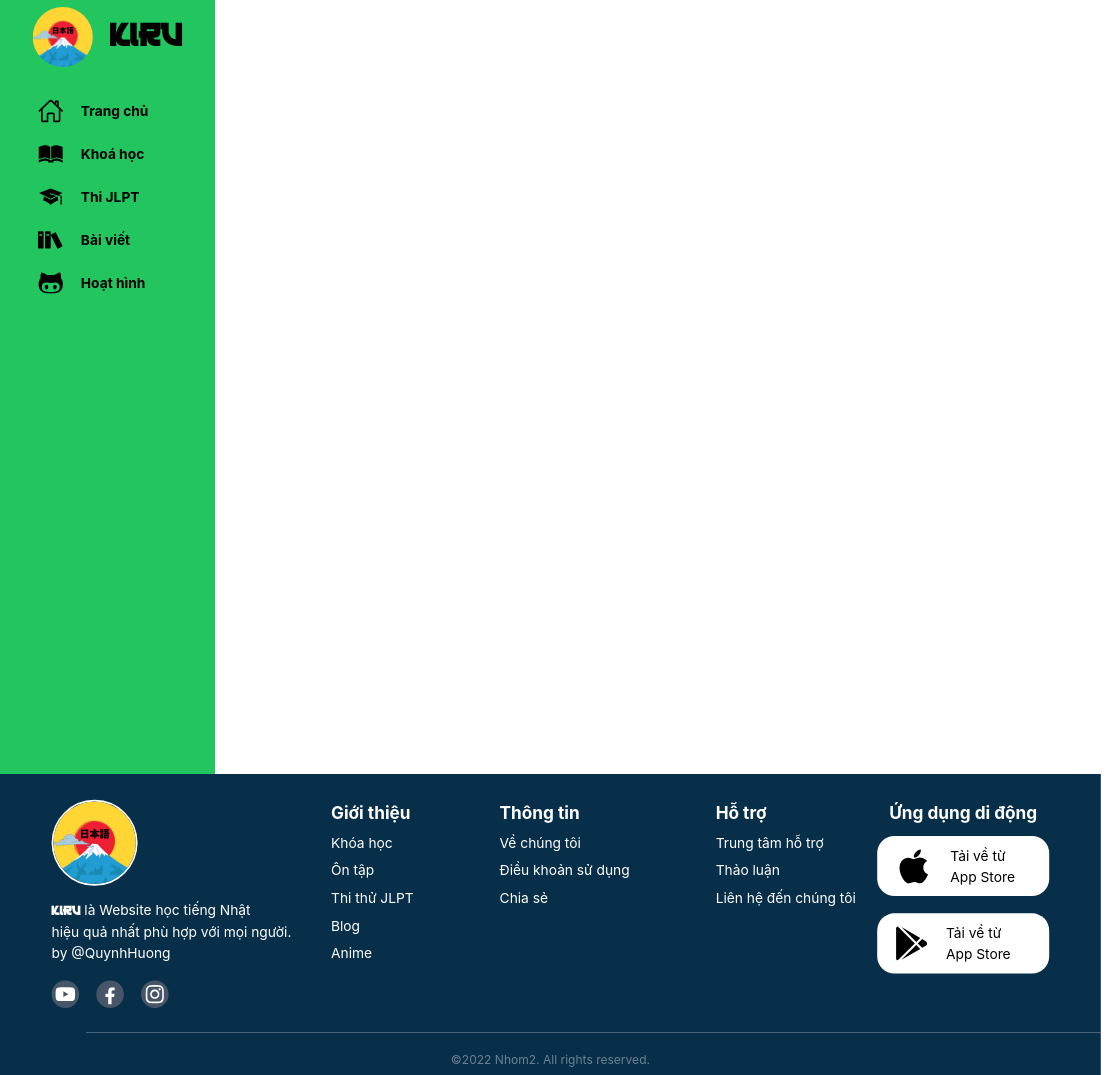
Repository: Quynhhuong150322/Kiru_Website-hoc-tieng-Nhat
Page: /TrangChu
These files come from the project's save history. The page is drawn as it stood at one moment and after the next save; the edit follows.
The browser window is 1280 px wide. The page is 1300 px wide, so the pictures cover 1300 px, including what lies to the right of the window. The pictures show the whole page, at 86% of full size.
The project was rebuilt for these pictures with package versions that can differ from the ones it lists, and the page was loaded fresh each time.

Above is the page before, as saved 2023-08-18 02:51:17.

### public/index.html
<!DOCTYPE html>
<html lang="en">
  <head>
    <meta charset="utf-8" />
    <link rel="icon" href="%PUBLIC_URL%/favicon.ico" />
    <meta name="viewport" content="width=device-width, initial-scale=1" />
    <meta name="theme-color" content="#000000" />
    <meta
      name="description"
      content="Web site created using create-react-app"
    />
    <link rel="apple-touch-icon" href="%PUBLIC_URL%/logo192.png" />
    <!--
      manifest.json provides metadata used when your web app is installed on a
      user's mobile device or desktop. See https://developers.google.com/web/fundamentals/web-app-manifest/
    -->
    <link rel="manifest" href="%PUBLIC_URL%/manifest.json" />
    <!--
      Notice the use of %PUBLIC_URL% in the tags above.
      It will be replaced with the URL of the `public` folder during the build.
      Only files inside the `public` folder can be referenced from the HTML.

      Unlike "/favicon.ico" or "favicon.ico", "%PUBLIC_URL%/favicon.ico" will
      work correctly both with client-side routing and a non-root public URL.
      Learn how to configure a non-root public URL by running `npm run build`.
    -->
    <title>Kiru web</title>
  </head>
  <body>
    <noscript>You need to enable JavaScript to run this app.</noscript>
    <div id="root"></div>
    <!--
      This HTML file is a template.
      If you open it directly in the browser, you will see an empty page.

      You can add webfonts, meta tags, or analytics to this file.
      The build step will place the bundled scripts into the <body> tag.

      To begin the development, run `npm start` or `yarn start`.
      To create a production bundle, use `npm run build` or `yarn build`.
    -->
  </body>
</html>

### src/index.js
import React from 'react';
import ReactDOM from 'react-dom/client';
import './index.css';
import App from './App';
import reportWebVitals from './reportWebVitals';
import { BrowserRouter} from "react-router-dom";


const root = ReactDOM.createRoot(document.getElementById('root'));
root.render(
  <React.StrictMode>
    <BrowserRouter>
      <App />
    </BrowserRouter>
  </React.StrictMode>
);

// If you want to start measuring performance in your app, pass a function
// to log results (for example: reportWebVitals(console.log))
// or send to an analytics endpoint. Learn more: https://bit.ly/CRA-vitals
reportWebVitals();

### src/App.js
import './App.css';
// import HeaderBefor from "./component/header_footer/HeaderBefor";
import Footer from "./component/header_footer/footer";
import Menu from "./component/header_footer/Menu";
// import MyRoutes from './route/MyRoutes';
// import GioiThieu from "./component/Gioi_thieu"
// import KhoaHocBefor from "./component/Khoa_hoc_befor";
// import LienHe from "./component/Lien_he";
// import FAQs from "./component/FAQs";
// import DangKy from "./component/Dang_ky";
// import DangNhap from "./component/Dang_nhap";
// import QuenMK from "./component/Quen_mk";
// import DatlaiMk from "./component/Dat_lai_mk";

function App() {
  return (
    <div className = "bg-white">
      {/* <HeaderBefor></HeaderBefor> */}
      <Menu/>
      {/* <MyRoutes></MyRoutes> */}

      {/* Trang chủ chưa đăng nhập */}
      {/* <GioiThieu></GioiThieu>
      <KhoaHocBefor></KhoaHocBefor>
      <LienHe></LienHe>
      <FAQs></FAQs> */}

      {/* Trang đăng ký */}
      {/* <DangKy/> */}

      {/* Trang đăng nhập */}
      {/* <DangNhap/> */}

      {/* Quên mật khẩu */}
      {/* <QuenMK/> */}
      {/* <DatlaiMk/> */}
      <Footer></Footer>
    </div>
  );
}

export default App;

### src/App.css
.App {
  text-align: center;
}

.App-logo {
  height: 40vmin;
  pointer-events: none;
}

@media (prefers-reduced-motion: no-preference) {
  .App-logo {
    animation: App-logo-spin infinite 20s linear;
  }
}

.App-header {
  background-color: #282c34;
  min-height: 100vh;
  display: flex;
  flex-direction: column;
  align-items: center;
  justify-content: center;
  font-size: calc(10px + 2vmin);
  color: white;
}

.App-link {
  color: #61dafb;
}

@keyframes App-logo-spin {
  from {
    transform: rotate(0deg);
  }
  to {
    transform: rotate(360deg);
  }
}

@font-face {
  font-family: Japanese;
  src: url(./font/Japanese\ 3017.ttf);
}

@font-face {
  font-family: InterBold;
  src: url(./font/Inter-Bold.ttf);
}

@font-face {
  font-family: InterRegular;
  src: url(./font/Inter-Regular.ttf);
}

@font-face {
  font-family: Montserrat;
  src: url(./font/MontserratAlternates-Bold.otf);
}

### src/component/header_footer/footer.js
import React from "react";
import logo from "../../image/logo.png";
import {FaApple, FaGooglePlay, FaYoutube,  FaFacebookF, FaInstagram} from "react-icons/fa";

const Footer = () => {
    return (
        <div class="h-[350px] bg-sky-950">
            <div className=" flex justify-between pt-[30px] px-[60px]">
                <div className="flex-initial w-[300px]">
                    <img
                        className="h-[100px] w-100px] rounded-full border-2 border-white"
                        src = {logo}
                        alt = "logo"
                    />
                    <p className="text-white pt-4"> <a className="font-bold font-japanese">Kiru</a> là Website học tiếng Nhật <p> hiệu quả nhất phù hợp với mọi người.</p> <p className="">by @QuynhHuong</p></p>
                    <div class="flex flex-row gap-5 pt-5">
                        <div className="w-8 h-8 bg-slate-600 rounded-full">
                            <FaYoutube className="text-white w-8 h-8 px-1"/>
                        </div>
                        <div className="w-8 h-8 bg-slate-600 rounded-full">
                            <FaFacebookF className="text-white w-7 h-7 pl-1 pt-2"/>
                        </div>
                        <div className="w-8 h-8 bg-slate-600 rounded-full">
                            <FaInstagram className="text-white w-7 h-7 pl-1 pt-1"/>
                        </div>
                    </div>
                </div>
                <div className="flex flex-row gap-[100px]">
                    <ul class="list-none text-white">
                        <li className="font-bold text-[20px]">Giới thiệu</li>
                        <li className="hover:text-yellow-500 pt-2">Khóa học </li>
                        <li className="hover:text-yellow-500 pt-2">Ôn tập </li>
                        <li className="hover:text-yellow-500 pt-2">Thi thử JLPT</li>
                        <li className="hover:text-yellow-500 pt-2">Blog</li>
                        <li className="hover:text-yellow-500 pt-2">Anime</li>
                    </ul>
                    <ul class="list-none text-white">
                        <li className="font-bold text-[20px]">Thông tin</li>
                        <li className="hover:text-yellow-500 pt-2">Về chúng tôi </li>
                        <li className="hover:text-yellow-500 pt-2">Điều khoản sử dụng</li>
                        <li className="hover:text-yellow-500 pt-2">Chia sẻ</li>
                    </ul>
                    <ul class="list-none text-white">
                        <li className="font-bold text-[20px]">Hỗ trợ</li>
                        <li className="hover:text-yellow-500 pt-2">Trung tâm hỗ trợ</li>
                        <li className="hover:text-yellow-500 pt-2">Thảo luận</li>
                        <li className="hover:text-yellow-500 pt-2">Liên hệ đến chúng tôi </li>
                    </ul>
                </div>
                <div className="">
                    <p className="text-white text-[20px] font-bold text-center pb-3">Ứng dụng di động</p>
                    <div className="h-[70px] w-[200px] bg-white rounded-[20px] flex gap-5 items-center">
                        <div className="pl-5">
                            <FaApple className="w-[45px] h-[45px]"/>
                        </div>
                        <div className="flex-initial w-64">
                            Tải về từ <p className="">App Store</p>
                        </div>
                    </div>
                    <div className="pt-5">
                        <div className="h-[70px] w-[200px] bg-white rounded-[20px] flex gap-5 items-center">
                            <div className="pl-5 ">
                                <FaGooglePlay className="w-[40px] h-[40px]"/>
                            </div>
                            <div className="flex-initial w-64">
                                Tải về từ <p className="">App Store</p>
                            </div>
                        </div>
                    </div>
                </div>
            </div>
            <div className="pt-7 px-[100px]">
                <div className="h-[1px] w-[1200px] bg-white/30 "></div>
                <p className="text-white/40 text-center text-[14px] pt-5">©2022 Nhom2. All rights reserved.</p>
            </div>
        </div>

    );
}
export default Footer;

### src/component/header_footer/Menu.js
import React from "react";
import logo from "../../image/logo.png"
import { Link } from "react-router-dom";
import {IoHomeOutline,IoLogoOctocat} from "react-icons/io5";
import {GiOpenBook,GiGraduateCap} from "react-icons/gi";
import {ImBooks} from "react-icons/im";

const Menu = () => {
    return (
        <div className="">
            <div className="w-[250px] h-[900px] bg-green-500">
                <Link to = "">
                    <div className="flex flex-row items-center gap-5 justify-center pt-2">
                        <img
                            className="h-[70px] w-70[px] rounded-full "
                            src = {logo}
                            alt = "logo"
                        />
                        <div className="font-japanese text-[40px] font-bold">Kiru</div>
                    </div>
                </Link>
                <ul className="pt-7 items-center">
                    <li className="h-[50px] pt-2 text-center text-[16px] rounded-r-[10px] font-bold hover:bg-amber-300 hover:text-[20px] ">
                        <div className="flex flex-row gap-5 items-center pl-11 rounded-[10px]">
                            <IoHomeOutline className="h-[30px] w-[30px] "/>
                            <p className="">Trang chủ</p>
                        </div>
                    </li>
                    <li className="h-[50px] pt-2 text-center text-[16px] rounded-r-[10px] font-bold hover:bg-amber-300 hover:text-[20px] ">
                        <div className="flex flex-row gap-5 items-center pl-11 rounded-[10px]">
                            <GiOpenBook className="h-[30px] w-[30px] "/>
                            <p className="">Khoá học</p>
                        </div>
                    </li>
                    <li className="h-[50px] pt-2 text-center text-[16px] rounded-r-[10px] font-bold hover:bg-amber-300 hover:text-[20px] ">
                        <div className="flex flex-row gap-5 items-center pl-11 rounded-[10px]">
                            <GiGraduateCap className="h-[30px] w-[30px] "/>
                            <p className="">Thi JLPT</p>
                        </div>
                    </li>
                    <li className="h-[50px] pt-2 text-center text-[16px] rounded-r-[10px] font-bold hover:bg-amber-300 hover:text-[20px] ">
                        <div className="flex flex-row gap-5 items-center pl-11 rounded-[10px]">
                            <ImBooks className="h-[30px] w-[30px] "/>
                            <p className="">Bài viết</p>
                        </div>
                    </li>
                    <li className="h-[50px] pt-2 text-center text-[16px] rounded-r-[10px] font-bold hover:bg-amber-300 hover:text-[20px] ">
                        <div className="flex flex-row gap-5 items-center pl-11 rounded-[10px]">
                            <IoLogoOctocat className="h-[30px] w-[30px] "/>
                            <p className="">Hoạt hình</p>
                        </div>
                    </li>
                </ul>

            </div>
        </div>
    )
}
export default Menu;

### tailwind.config.js
/** @type {import('tailwindcss').Config} */
module.exports = {
  content: ["./src/**/*.{html,js}"],
  // plugins: [require("tailwind-scrollbar")],
  theme: {
    extend: {
      fontSize: {
        sm: '9px',
        base: '13px',
        xl: '20px',
        '2xl': '60px',
        '3xl': '80px',
        '4xl': '90px',
        '5xl': '100px',
      }
    },
    screens: {
      'sm': {'min': '400px', 'max': '767px'},
      // => @media (min-width: 640px and max-width: 767px) { ... }

      'md': {'min': '768px', 'max': '1023px'},
      // => @media (min-width: 768px and max-width: 1023px) { ... }

      'lg': {'min': '1024px', 'max': '1279px'},
      // => @media (min-width: 1024px and max-width: 1279px) { ... }

      'xl': {'min': '1280px', 'max': '1535px'},
      // => @media (min-width: 1280px and max-width: 1535px) { ... }

      '2xl': {'min': '1536px'},
      // => @media (min-width: 1536px) { ... }
    },

    fontFamily: {
      japanese: ['"Japanese"'],
      interBold: ['"InterBold"'],
      interRegular: ['"InterRegular"'],
      montserrat: ['"Montserrat"']
    },
  },
  plugins: [],
}

Loaded but not shown: src/index.css (common file); src/reportWebVitals.js (common file)

After the next save:
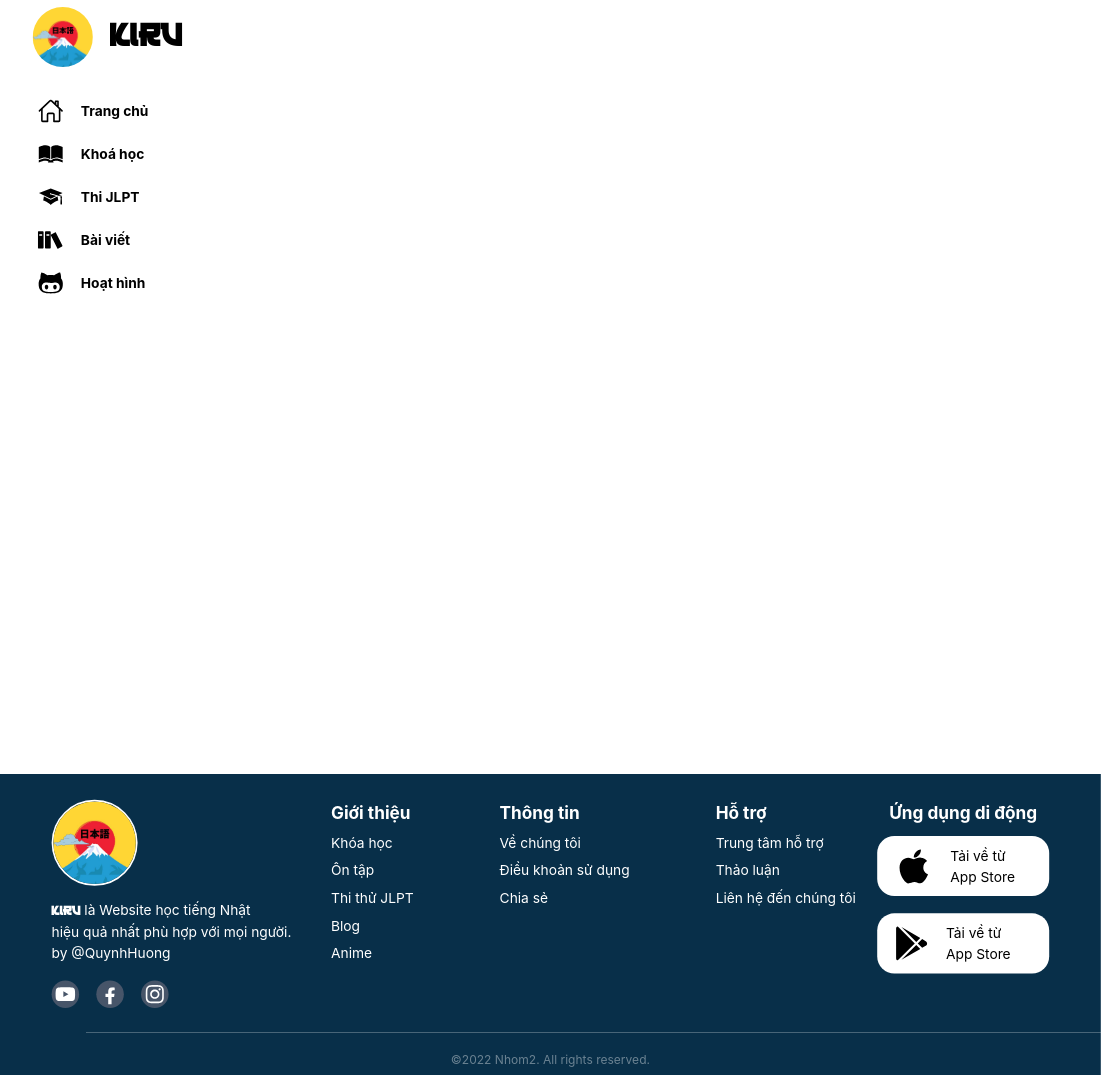
Saved 13 s later.
--- a/src/component/header_footer/Menu.js
+++ b/src/component/header_footer/Menu.js
@@ -8,7 +8,7 @@
 const Menu = () => {
     return (
         <div className="">
-            <div className="w-[250px] h-[900px] bg-green-500">
+            <div className="w-[250px] h-[900px]">
                 <Link to = "">
                     <div className="flex flex-row items-center gap-5 justify-center pt-2">
                         <img
